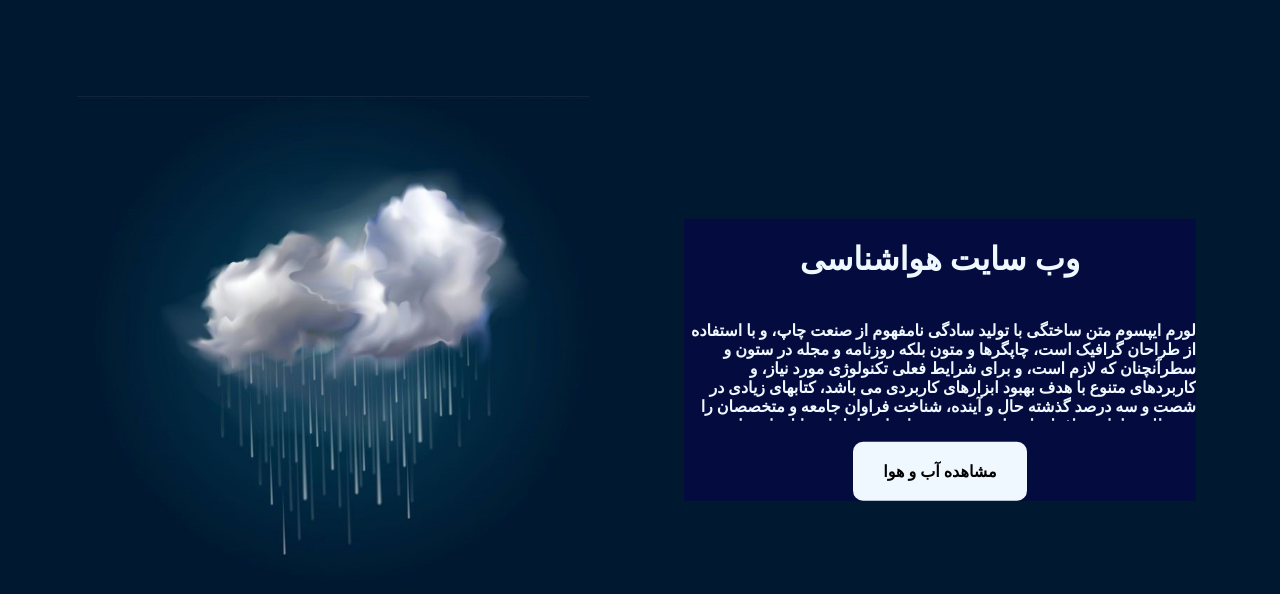
Repository: fateme81yosefi/weather
Page: landing/Landing.html
These files come from the project's save history. The page is drawn as it stood at one moment and after the next save; the edit follows.
The browser window is 1280 px wide. The pictures show the whole page.
Some web fonts or font styles are not loaded; a fallback is used.

Above is the page before, as saved 2025-02-02 17:03:23.

After the next save:
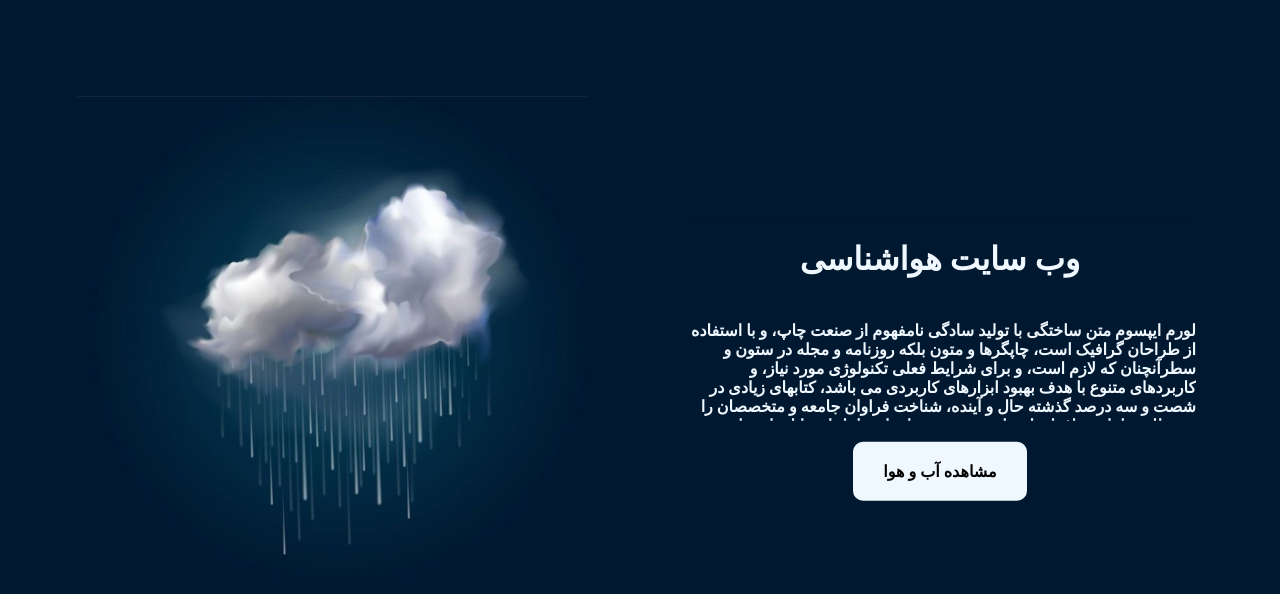
Saved 7 s later.
--- a/landing/style/landing.css
+++ b/landing/style/landing.css
@@ -38,7 +38,7 @@ body {
   flex-direction: column;
   align-items: center;
   justify-content: center;
-  background-color: #09014e7c;
+  background-color: #001830;
 
 }
 
